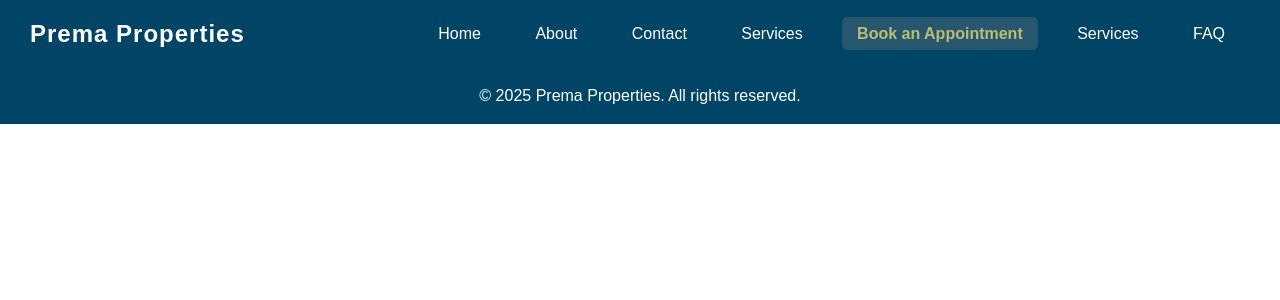
Repository: mnqobiMenzi/Prema-Properties
Page: appointment.html
The author's editor kept a copy of each file at every save. The page is drawn from the files as they stood at one save, then again after the next save.
The browser window is 1280 px wide. The pictures show the whole page.

Above is the page before, as saved 2025-10-04 09:07:26.

### appointment.html
<!DOCTYPE html>
<html lang="en">
<head>
  <meta charset="UTF-8">
  <meta name="viewport" content="width=device-width, initial-scale=1.0">
  <title>Prema Properties</title>
  <link rel="stylesheet" href="CSS/style.css">
</head>
<body>

  <!-- Header / Navigation -->
  <header>
    <div class="logo">Prema Properties</div>
    <nav>
      <a href="index.html">Home</a>
      <a href="about-us.html">About</a>
      <a href="contact-us.html">Contact</a>
      <a href="services.html">Services</a>
      <a href="#appointment" class="active">Book an Appointment</a>
      <a href="quote.html">Services</a>
      <a href="FAQ.html">FAQ</a>
    </nav>
  </header>


  <!-- Footer -->
  <footer>
    <p>© 2025 Prema Properties. All rights reserved.</p>
  </footer>

</body>
</html>

### CSS/style.css
* {
  margin: 0;
  padding: 0;
  box-sizing: border-box;
  font-family: Arial, sans-serif;
}

body {
  line-height: 1.6;
  color: #333;
}

/* Header */
header {
  position: sticky;
  top: 0;
  display: flex;
  justify-content: space-between;
  align-items: center;
  padding: 15px 30px;
  background: #004466;
  color: #fff;
  z-index: 1000;
}
header .logo {
  font-size: 1.5em;
  font-weight: 700;
  font-family: 'Poppins', sans-serif;
  color: #fff;
  letter-spacing: 1px;
  display: flex;
  align-items: center;
}
header nav a {
  margin: 0 10px;
  color: #fff;
  padding: 8px 15px;
  border-radius: 5px;
  text-decoration: none;
  font-weight: 500;
  font-family: 'Poppins', sans-serif;
  transition: color 0.3s ease, border-bottom 0.3s ease;
}

header nav a:hover {
  color: #fff;
  background: rgba(128, 128, 128, 0.3);
  padding-bottom: 3px;
  border: 3px solid #004466;
}
/* Active link */
header nav a.active {
  background: rgba(128, 128, 128, 0.3);
  font-weight: bold;
  color: rgb(189, 189, 114);
}
/* Hero */
.hero {
  background: url('https://source.unsplash.com/1600x600/?house,property') no-repeat center center/cover;
  color: white;
  text-align: center;
  padding: 100px 20px;
}
.hero h1 {
  font-size: 2.5em;
}
.hero .btn {
  display: inline-block;
  margin-top: 20px;
  padding: 10px 20px;
  background: #ff6600;
  color: white;
  border-radius: 5px;
  text-decoration: none;
}
.hero .btn:hover {
  background: #cc5200;
}

/* Sections */
section {
  padding: 50px 20px;
  text-align: center;
}
.services .service-list {
  display: grid;
  grid-template-columns: repeat(auto-fit, minmax(200px, 1fr));
  gap: 20px;
  margin-top: 20px;
}
.service {
  background: #f4f4f4;
  padding: 20px;
  border-radius: 10px;
}

/* Contact */
.contact form {
  display: flex;
  flex-direction: column;
  max-width: 400px;
  margin: auto;
}
.contact input, .contact textarea {
  margin-bottom: 15px;
  padding: 10px;
  border: 1px solid #ddd;
  border-radius: 5px;
}
.contact button {
  padding: 10px;
  border: none;
  background: #004466;
  color: white;
  cursor: pointer;
  border-radius: 5px;
}
.contact button:hover {
  background: #00334d;
}

/* Footer */
footer {
  background: #004466;
  color: #fff;
  text-align: center;
  padding: 15px;
}

After the next save:
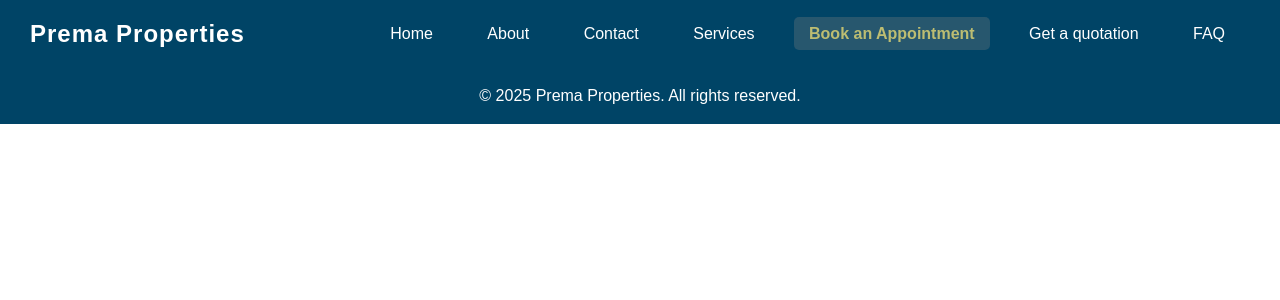
Saved 5 s later.
--- a/appointment.html
+++ b/appointment.html
@@ -17,7 +17,7 @@
       <a href="contact-us.html">Contact</a>
       <a href="services.html">Services</a>
       <a href="#appointment" class="active">Book an Appointment</a>
-      <a href="quote.html">Services</a>
+      <a href="quote.html">Get a quotation</a>
       <a href="FAQ.html">FAQ</a>
     </nav>
   </header>
